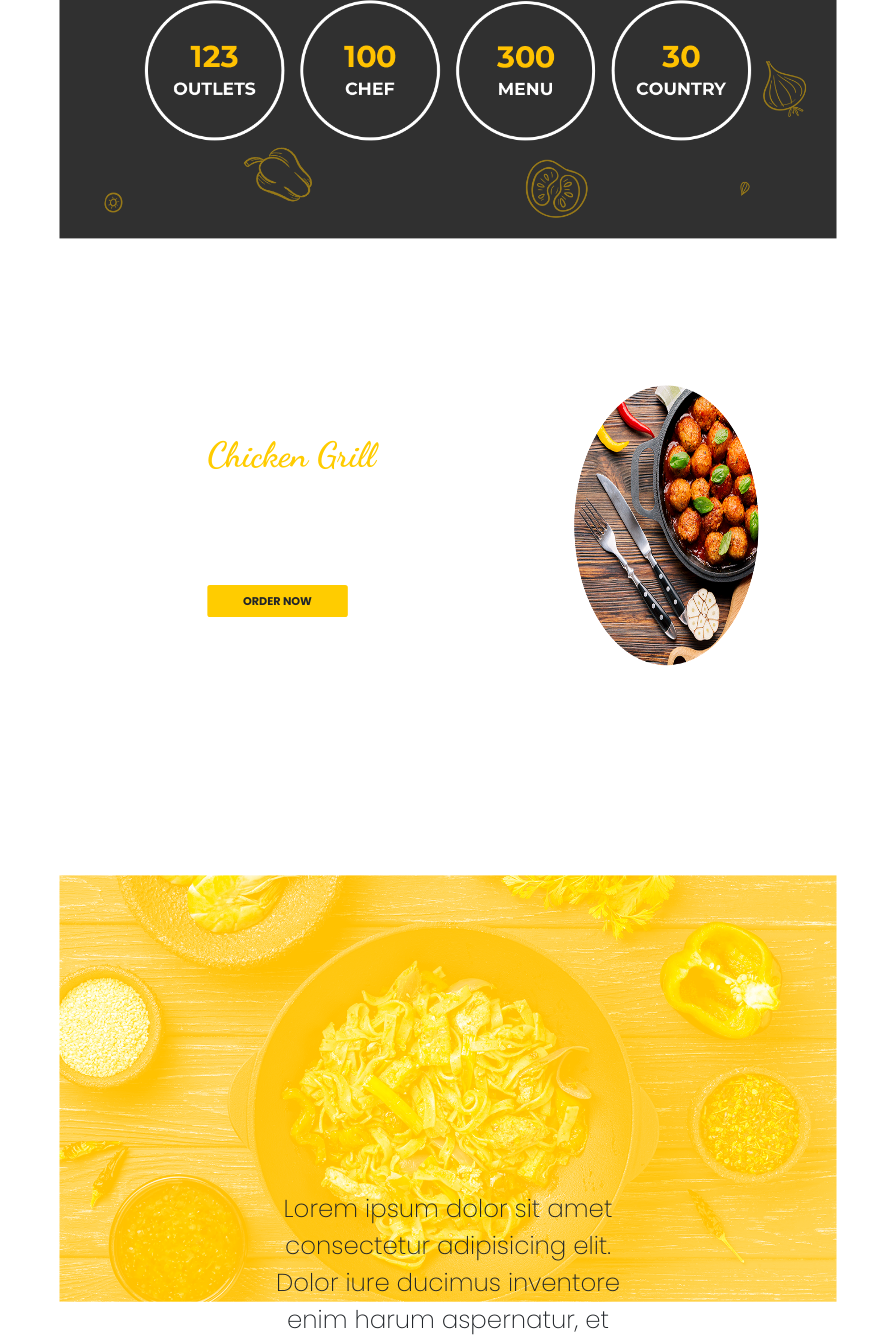
Repository: iphoneboy46/templateRestaurent
Page: index.html
The author's editor kept a copy of each file at every save. The page is drawn from the files as they stood at one save, then again after the next save.
The browser window is 1280 px wide. The pictures show the part of the page from y = 2442 to 4362 px (the page is 7200 px tall), at 70% of full size.

Above is the page before, as saved 2022-10-12 22:26:34.

After the next save:
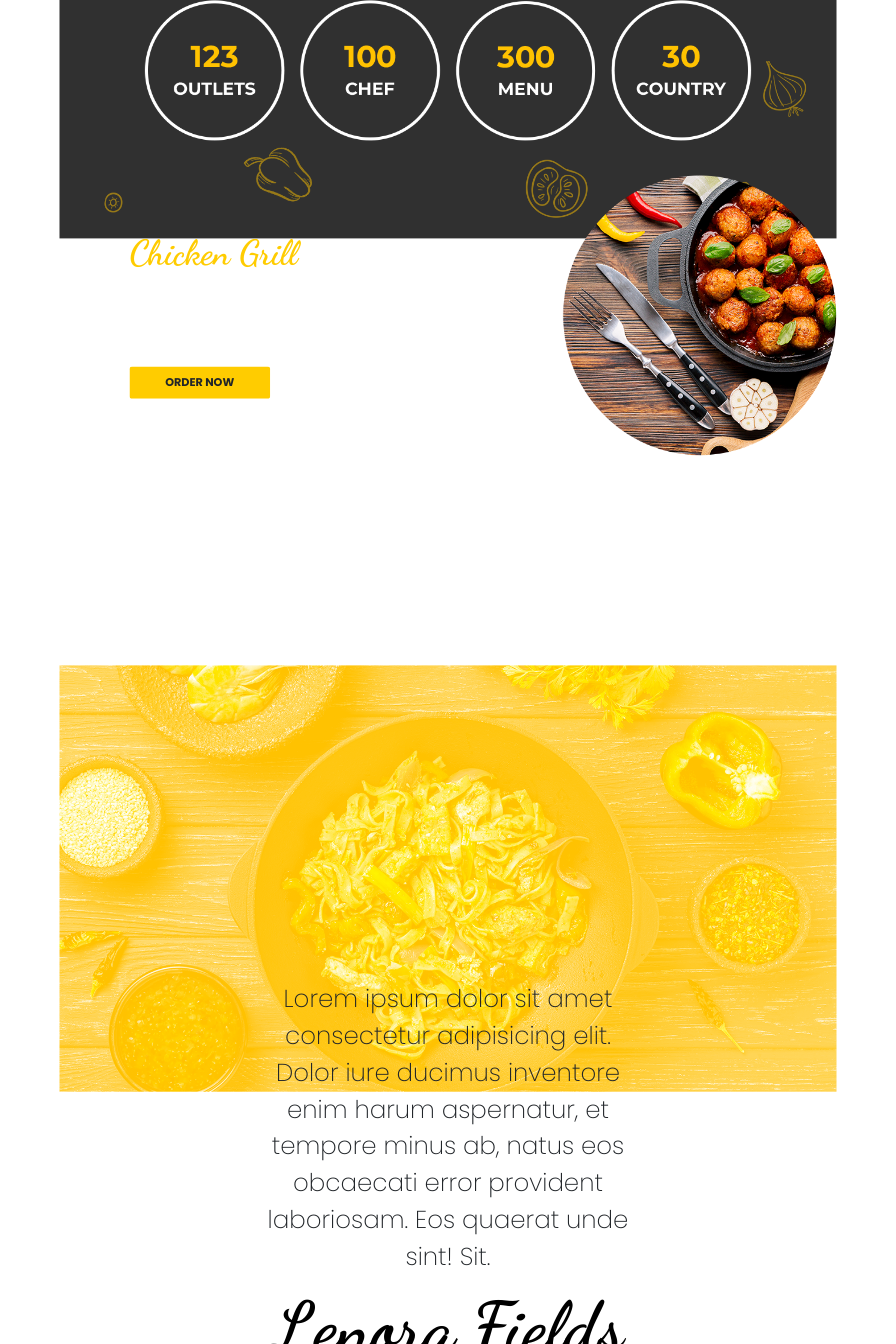
Saved 80 s later.
--- a/style.css
+++ b/style.css
@@ -223,9 +223,8 @@ body {
 
 
 .section__Chicken {
-    width: 80%;
-    margin: auto;
-    margin-top: 300px;
+    width: 100%;
+
 }
 
 .section__comment {
